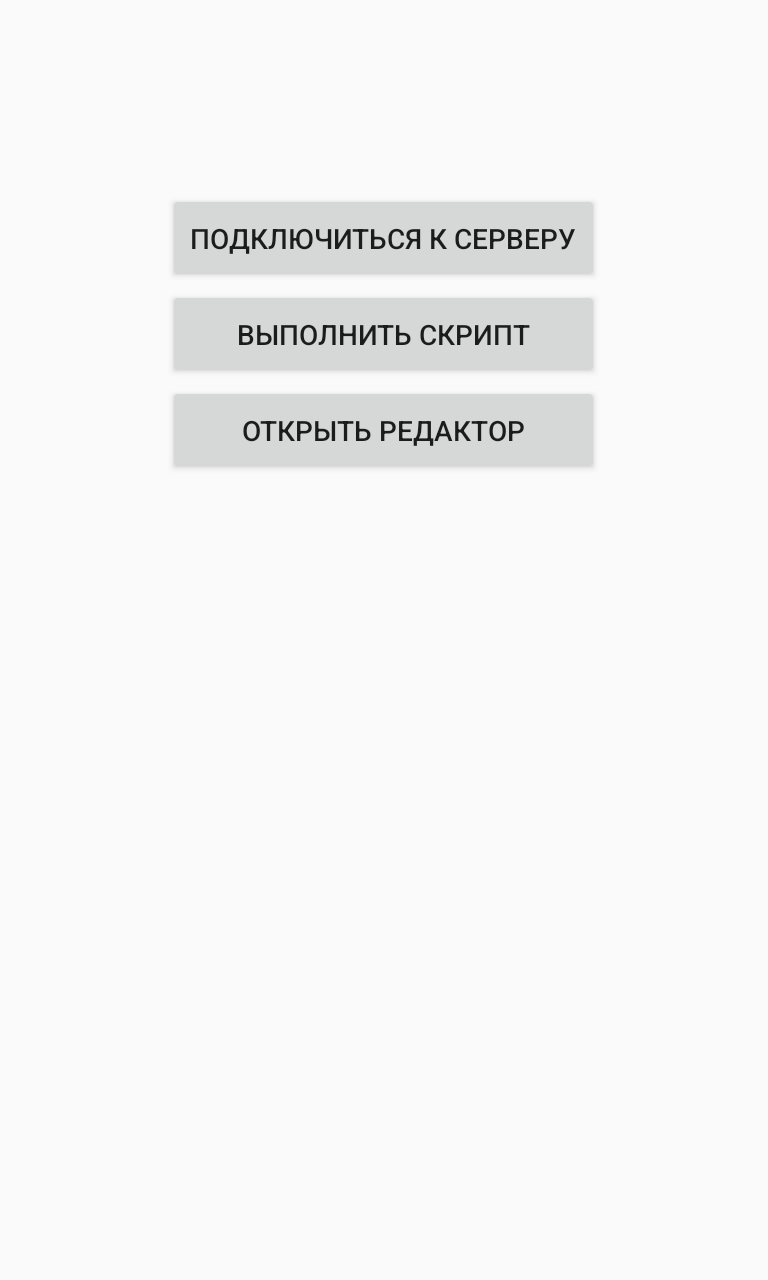
Repository: Laboratory711/Nightjar
Layout: android/Nightjar/workspace/Nightjar/res/layout/fragment_lab1.xml
These files come from the project's save history. The layout is drawn as it stood at one moment and after the next save; the edit follows.
It is drawn on a 768 x 1280 px phone screen (xhdpi) without system bars, with theme AppTheme; the app's code is not run.

Above is the layout before, as saved 2014-03-28 05:09:30.

### android/Nightjar/workspace/Nightjar/res/layout/fragment_lab1.xml
<RelativeLayout xmlns:android="http://schemas.android.com/apk/res/android"
    xmlns:tools="http://schemas.android.com/tools"
    android:layout_width="match_parent"
    android:layout_height="match_parent"
    android:paddingBottom="@dimen/activity_vertical_margin"
    android:paddingLeft="@dimen/activity_horizontal_margin"
    android:paddingRight="@dimen/activity_horizontal_margin"
    android:paddingTop="@dimen/activity_vertical_margin"
    tools:context="ru.vint.labsoo.Lab1$PlaceholderFragment" >

     <Button
        android:id="@+id/button1"
        android:layout_width="wrap_content"
        android:layout_height="wrap_content"
        android:layout_below="@+id/textView2"
        android:layout_centerHorizontal="true"
        android:onClick="onClickButtom1"
        android:text="@string/text_buttom_Name" />

    <TextView
        android:id="@+id/textView2"
        android:layout_width="wrap_content"
        android:layout_height="wrap_content"
        android:layout_alignParentTop="true"
        android:layout_centerHorizontal="true"
        android:layout_marginTop="60dp"
        android:text="@string/TV_text" />

    <Button
        android:id="@+id/button4"
        android:layout_width="wrap_content"
        android:layout_height="wrap_content"
        android:layout_alignLeft="@+id/button2"
        android:layout_alignRight="@+id/button2"
        android:layout_below="@+id/button2"
        android:text="@string/text_buttom4_Name"
        android:visibility="visible" />

    <Button
        android:id="@+id/button2"
        android:layout_width="wrap_content"
        android:layout_height="wrap_content"
        android:layout_alignLeft="@+id/button1"
        android:layout_alignRight="@+id/button1"
        android:layout_below="@+id/button1"
        android:onClick="onClickBL"
        android:text="@string/text_buttom2_Name"
        android:visibility="visible" />

</RelativeLayout>

### android/Nightjar/workspace/Nightjar/res/values/strings.xml
<?xml version="1.0" encoding="utf-8"?>
<resources xmlns:android="http://schemas.android.com/apk/res/android">

    <string android:id="@+id/string5" name="text_about" android:layout_width="wrap_content" android:layout_height="wrap_content">        Приложение написано группой студентов.
</string>
    <string name="app_name">LabSOO</string>
    <string name="hello_world">Hello world!</string>
    <string name="action_settings">Настройки</string>
    <string name="action_about">О программе</string>
    <string android:id="@+id/string1" name="text_IP" android:layout_width="wrap_content" android:layout_height="wrap_content">IP Адрес сервера</string>
    <string android:id="@+id/string2" name="text_Port" android:layout_width="wrap_content" android:layout_height="wrap_content">Адрес порта</string>
    <string android:id="@+id/string3" name="text_buttom_Name" android:layout_width="wrap_content" android:layout_height="wrap_content">Подключиться к серверу</string>
    <string android:id="@+id/string4" name="TV_text" android:layout_width="wrap_content" android:layout_height="wrap_content"></string>
    <string android:id="@+id/string6" name="text_buttom2_Name" android:layout_width="wrap_content" android:layout_height="wrap_content">Выполнить скрипт</string>
    <string android:id="@+id/string8" name="text_buttom4_Name" android:layout_width="wrap_content" android:layout_height="wrap_content">Открыть редактор</string>
    <string android:id="@+id/string9" name="text_List" android:layout_width="wrap_content" android:layout_height="wrap_content">Выбирите скрипт</string>
    <string name="pref_IP">IP_adres</string>
    <string name="pref_App">App</string>
    <string name="pref_Port">Prot</string>
    <string name="title_activity_list">List</string>
    <string name="about_title">О программе</string>
    <string name="title_activity_notepad">Notepad</string>

</resources>

Loaded but not shown: android/Nightjar/workspace/Nightjar/res/values/styles.xml (common file); android/Nightjar/workspace/Nightjar/res/values-v11/styles.xml (common file); android/Nightjar/workspace/Nightjar/res/values-v14/styles.xml (common file); android/Nightjar/workspace/Nightjar/res/values/dimens.xml (common file); android/Nightjar/workspace/Nightjar/res/values-w820dp/dimens.xml (common file)

After the next save:
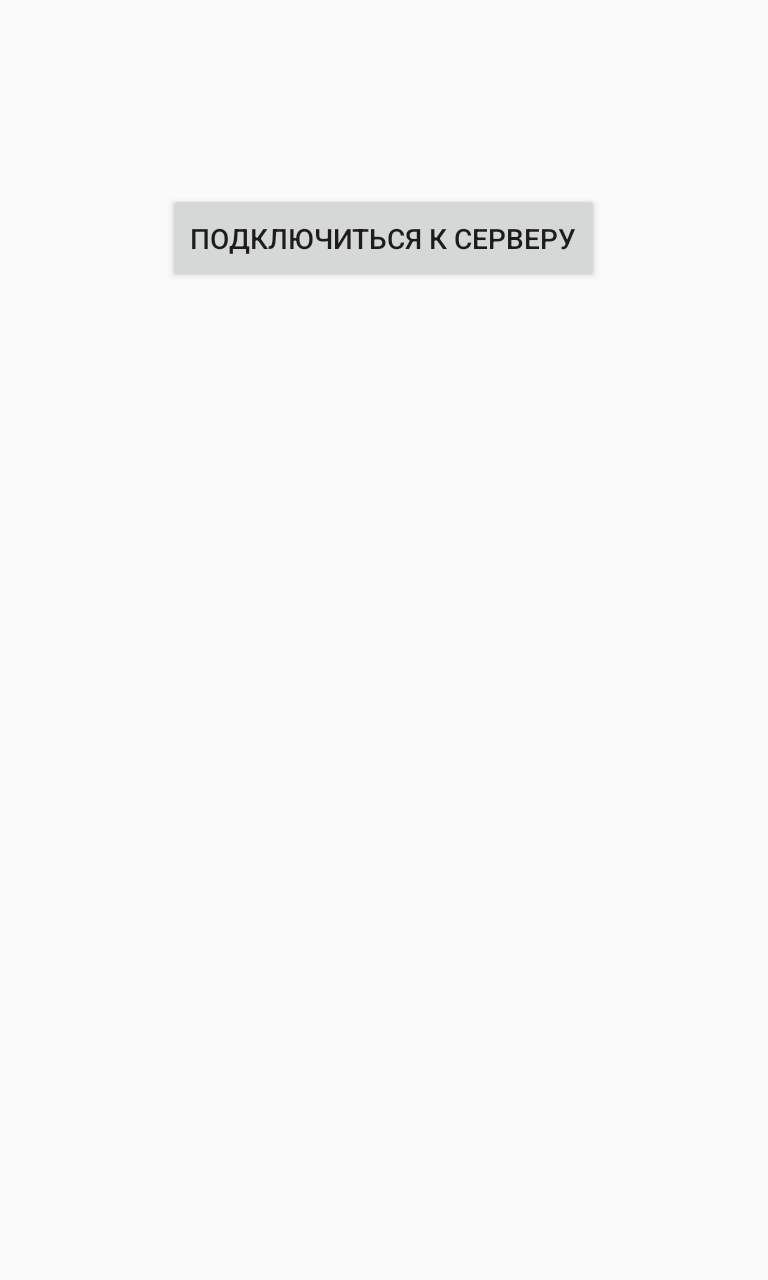
Saved 87 s later.
--- a/android/Nightjar/workspace/Nightjar/res/layout/fragment_lab1.xml
+++ b/android/Nightjar/workspace/Nightjar/res/layout/fragment_lab1.xml
@@ -34,7 +34,7 @@
         android:layout_alignRight="@+id/button2"
         android:layout_below="@+id/button2"
         android:text="@string/text_buttom4_Name"
-        android:visibility="visible" />
+        android:visibility="invisible" />
 
     <Button
         android:id="@+id/button2"
@@ -45,6 +45,6 @@
         android:layout_below="@+id/button1"
         android:onClick="onClickBL"
         android:text="@string/text_buttom2_Name"
-        android:visibility="visible" />
+        android:visibility="invisible" />
 
 </RelativeLayout>
